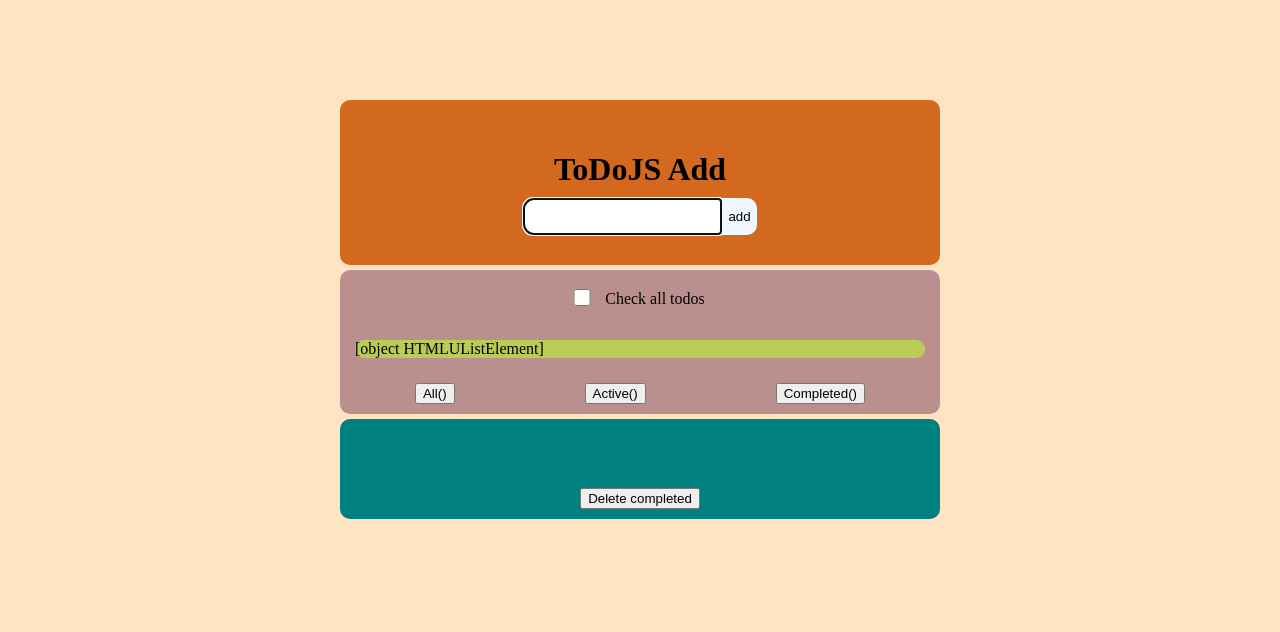
Repository: Savich01/ToDo
Page: index.html
An editor plug-in stored every save of this project. The page is shown before and after the next save, followed by the edit.
The browser window is 1280 px wide. The pictures show the whole page.
Empty fields were first filled with sample values (such as "Sample", 5 or name@example.com).
After loading, the first visible `form.personal` was submitted once.

Above is the page before, as saved 2024-05-13 17:51:35.

After the next save:
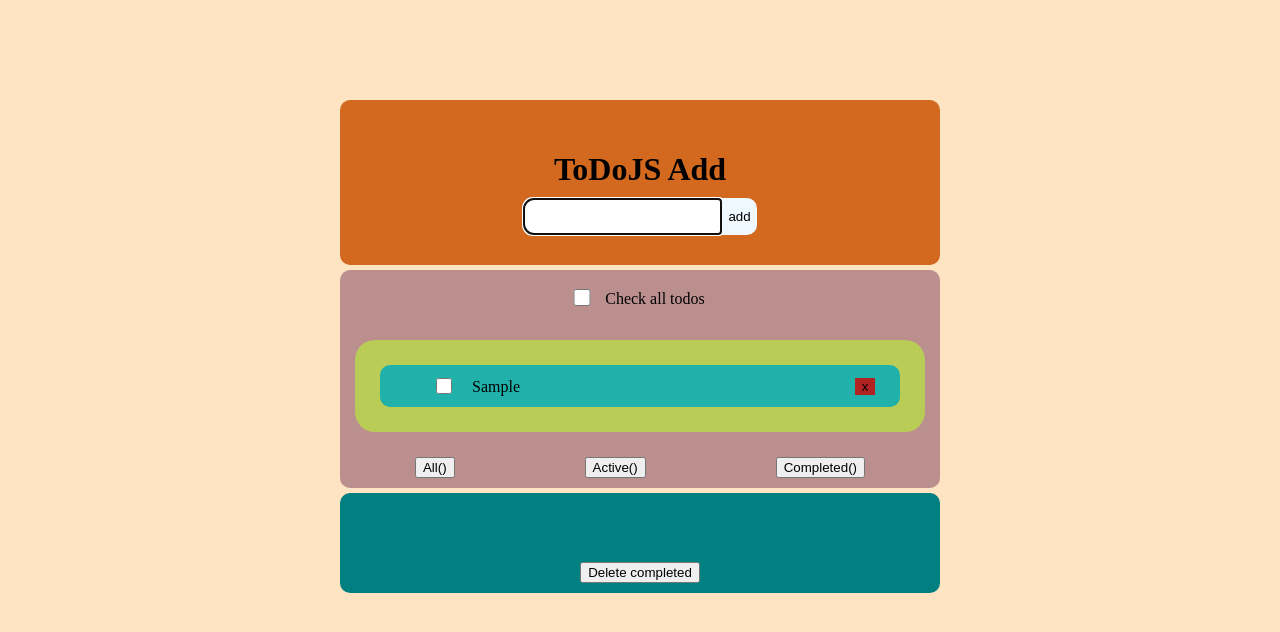
Saved 80 s later.
--- a/js/script.js
+++ b/js/script.js
@@ -43,10 +43,10 @@
         //Добавляем задачу
     const cssClass = item.checked ? 'main-text main-text--done' : 'main-text';
     let ul = document.createElement('ul')
-    ul.classList.add('main-container--list');
+    ul.classList.add('main-container--list')
     //Формируем разметку задачи
 
-    ul.innerHTML += `
+    let taskHTML = `
                 <ul id='${item.id}' class="main-container--list">
                     <li id='${item.id}' class="main-container--list-link">
                         <input class="main-checked" type="checkbox" data-action = "done">
@@ -59,7 +59,7 @@
               `;
 
     //Добавляем задачу на страницу
-    taskBlock.insertAdjacentHTML('beforeend', ul);
+    taskBlock.insertAdjacentHTML('beforeend', taskHTML);
     // if(taskInput.value === '')return;
 
     //Очищаем поле ввода и возвращаем на него фокус

After the save that followed:
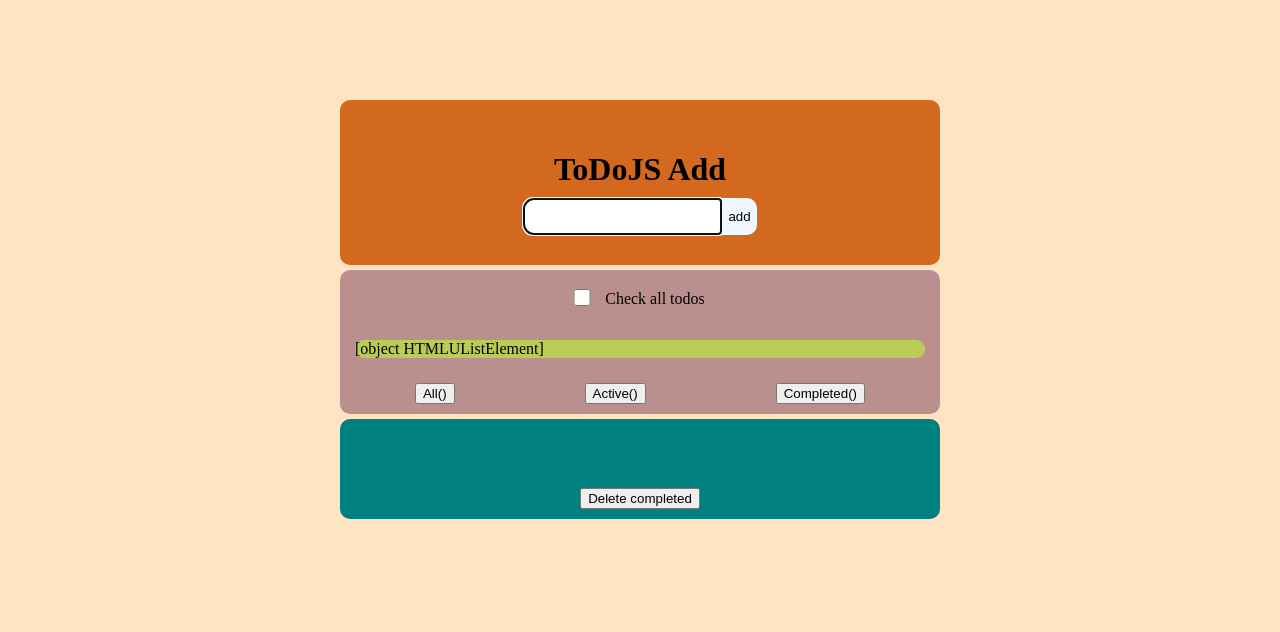
Saved 5 min 12 s later.
--- a/js/script.js
+++ b/js/script.js
@@ -42,12 +42,10 @@
     array.forEach(function(item){
         //Добавляем задачу
     const cssClass = item.checked ? 'main-text main-text--done' : 'main-text';
-    let ul = document.createElement('ul')
+    const ul = document.createElement('ul')
     ul.classList.add('main-container--list')
     //Формируем разметку задачи
-
-    let taskHTML = `
-                <ul id='${item.id}' class="main-container--list">
+    ul.innerHTML += `
                     <li id='${item.id}' class="main-container--list-link">
                         <input class="main-checked" type="checkbox" data-action = "done">
                         <span class="${cssClass}">${item.text}</span>
@@ -55,11 +53,10 @@
                     <button id='${item.id}' class="main--list-btn" data-action = "delete">
                         х
                     </button>
-               </ul>
               `;
 
     //Добавляем задачу на страницу
-    taskBlock.insertAdjacentHTML('beforeend', taskHTML);
+    taskBlock.insertAdjacentHTML('beforeend', ul);
     // if(taskInput.value === '')return;
 
     //Очищаем поле ввода и возвращаем на него фокус
